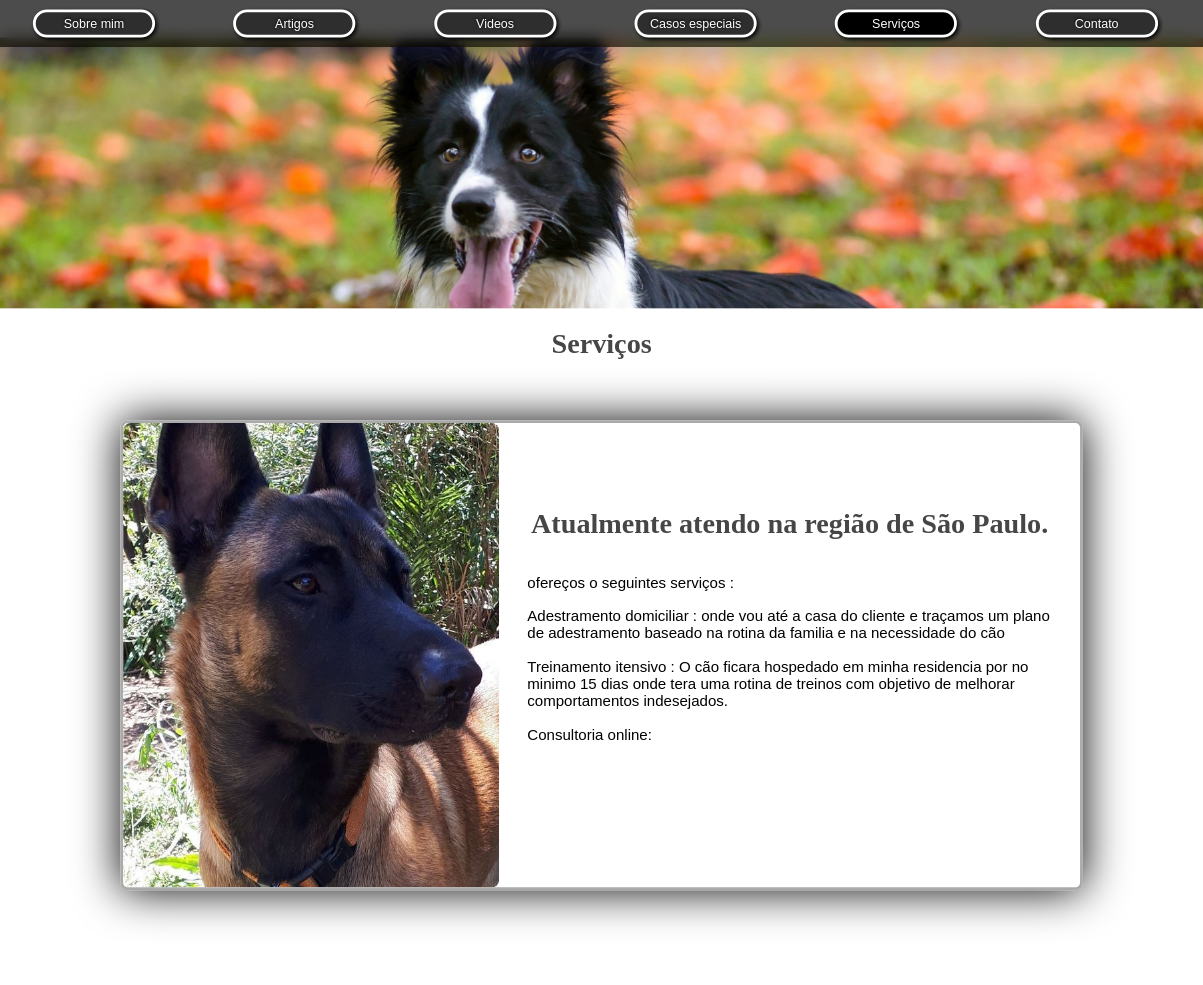
Repository: KevynMarques/Blog-React-StyledComponent
Page: /, after clicking the first element matching `button.sc-dcJsrY`
The author's editor kept a copy of each file at every save. The page is drawn from the files as they stood at one save, then again after the next save.
The browser window is 1280 px wide. The pictures show the whole page, at 94% of full size.
The project was rebuilt for these pictures with package versions that can differ from the ones it lists, and the page was loaded fresh each time. Also part of the build but not shown: src/Components/Artigos/index.jsx, src/Components/Clientes/index.jsx, src/Components/Contato/index.jsx, src/Components/View/index.jsx.

Above is the page before, as saved 2022-02-21 18:22:41.

After the next save:
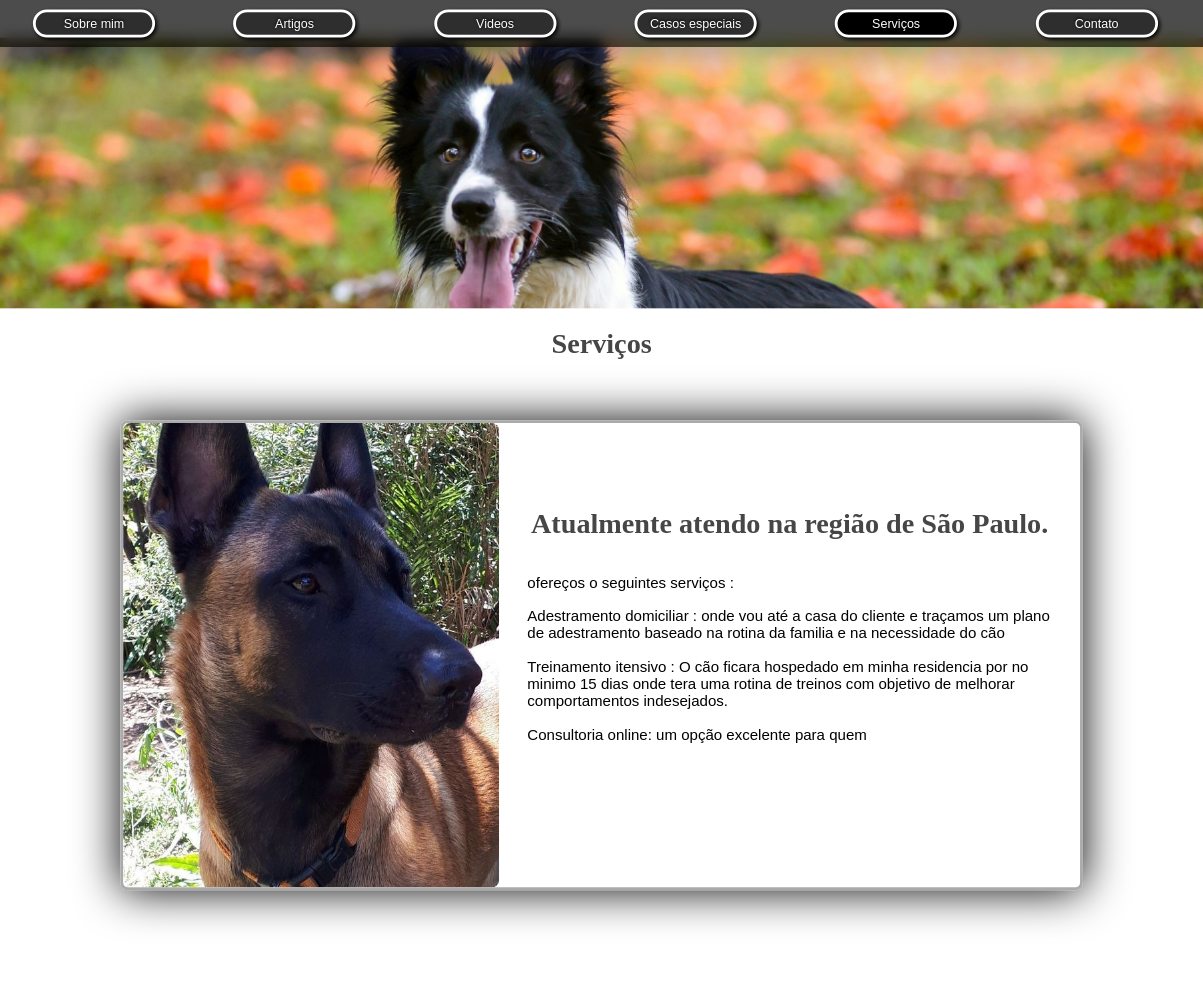
Saved 8 s later.
--- a/src/Components/Serviços/index.jsx
+++ b/src/Components/Serviços/index.jsx
@@ -31,7 +31,7 @@ export default () => {
        Treinamento itensivo : O cão ficara hospedado em minha residencia por no minimo 15 dias onde tera uma rotina de treinos com objetivo de melhorar comportamentos indesejados.
        <br></br> <br></br>
 
-        Consultoria online:
+        Consultoria online: um opção excelente para quem
 
         </Info>
        </ContainerBox>
